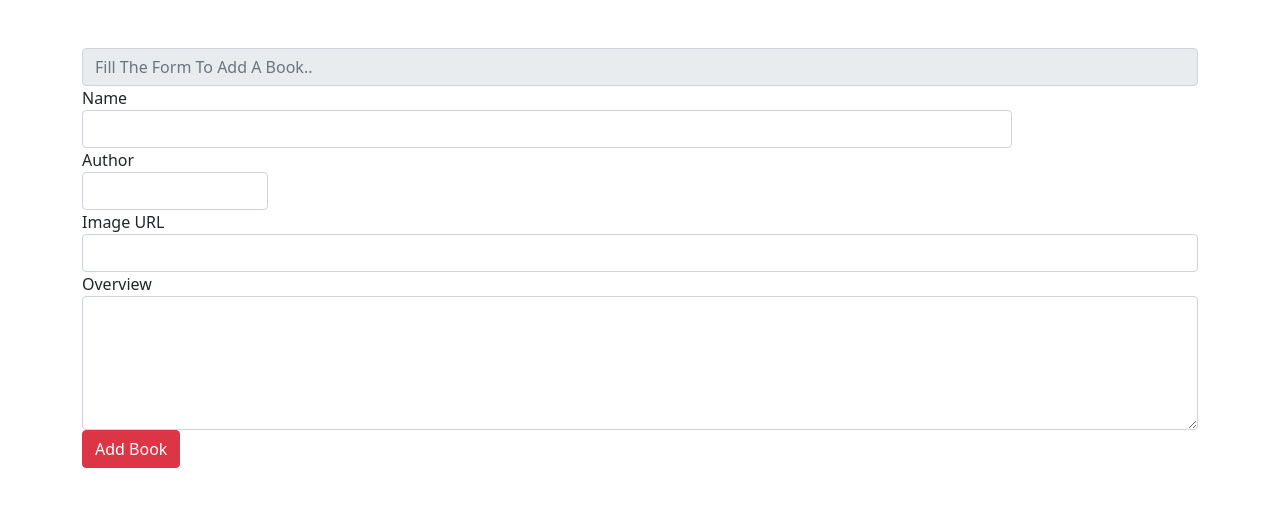
Repository: dilaraozdem1r/BooksApp
Page: /add
The author's editor kept a copy of each file at every save. The page is drawn from the files as they stood at one save, then again after the next save.
The browser window is 1280 px wide. The pictures show the whole page.
The page's requests for data from a server got no answer. The project was rebuilt for these pictures with package versions that can differ from the ones it lists, and the page was loaded fresh each time. No one was signed in, and anything a server would have sent is missing. Also part of the build but not shown: src/Components/BookList.js, src/Components/SearchBar.js.

Above is the page before, as saved 2021-08-24 19:10:30.

After the next save:
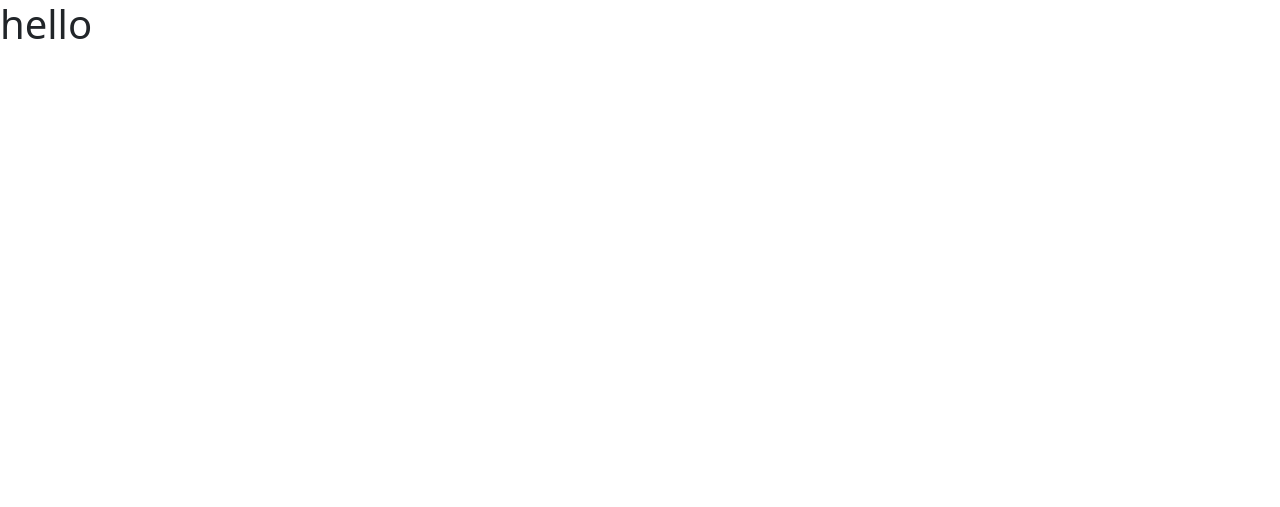
Saved 60 s later.
--- a/src/Components/AddBook.js
+++ b/src/Components/AddBook.js
@@ -2,52 +2,15 @@
 import  serialize from 'form-serialize';
 class AddBook extends React.Component{
 
-    handleFormSubmit=(e) =>{
+    /*handleFormSubmit=(e) =>{
         e.preventDefault();
         const newBook=serialize(e.target,{hash:true})
         this.props.onAddBook(newBook);
-    }
+    }*/
 
     render(){
         return(
-            <div className="container">
-            <form className="mt-5" onSubmit={this.handleFormSubmit}>
-            <input className="form-control" id="disabledInput" type="text" placeholder="Fill The Form To Add A Book.." disabled/>
-                <div className="form-row">
-                    <div className="form-group col-md-10">
-                        <label htmlFor="inputName">Name</label>
-                        <input  type="text"
-                                className="form-control"
-                                name="name"/>
-                    </div>
-                    <div className="form-group col-md-2">
-                        <label htmlFor="inputRating">Author</label>
-                        <input
-                                type="text"
-                                className="form-control"
-                                name="author"/>
-                    </div>
-                </div>
-                <div className="form-row">
-                    <div className="form-group col-md-12">
-                        <label htmlFor="inputImage">Image URL</label>
-                        <input
-                                type="text"
-                                className="form-control"
-                                name="imageURL"/>
-                    </div>
-                </div>
-                <div className="form-row">
-                    <div className="form-group col-md-12">
-                        <label htmlFor="overviewTextarea">Overview</label>
-                        <textarea
-                                className="form-control"
-                                name="overview" rows="5"></textarea>
-                    </div>
-                </div>
-                <input type="submit" className="btn btn-danger btn-block" value="Add Book" />
-            </form>
-        </div>
+           <h1>hello</h1>
         )
     }
 }

After the save that followed:
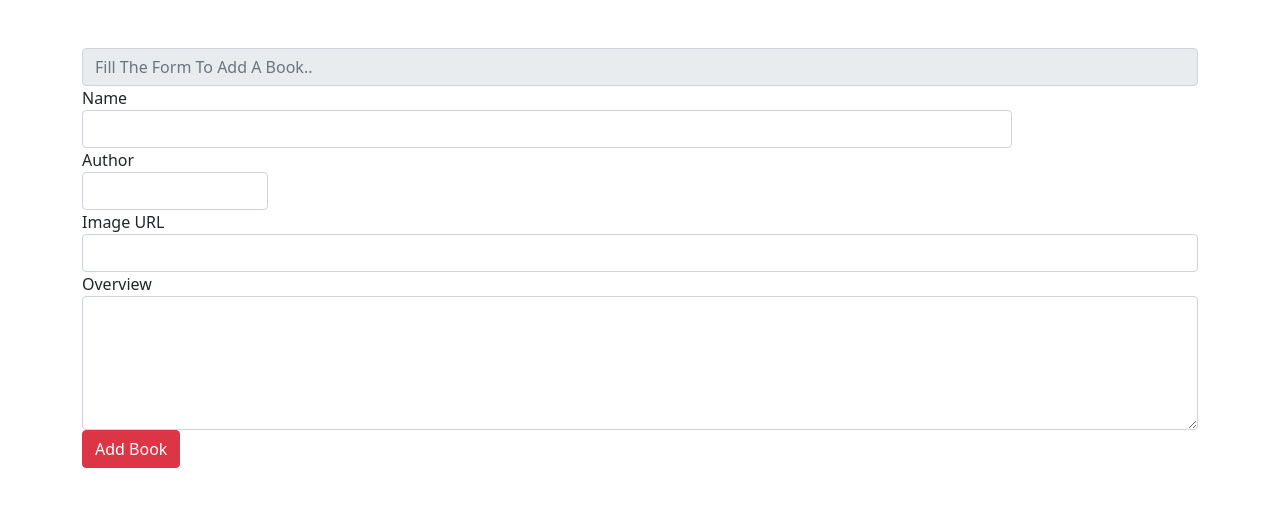
Saved 31 s later.
--- a/src/Components/AddBook.js
+++ b/src/Components/AddBook.js
@@ -10,7 +10,44 @@
 
     render(){
         return(
-           <h1>hello</h1>
+            <div className="container">
+            <form className="mt-5" onSubmit={this.handleFormSubmit}>
+            <input className="form-control" id="disabledInput" type="text" placeholder="Fill The Form To Add A Book.." disabled/>
+                <div className="form-row">
+                    <div className="form-group col-md-10">
+                        <label htmlFor="inputName">Name</label>
+                        <input  type="text"
+                                className="form-control"
+                                name="name"/>
+                    </div>
+                    <div className="form-group col-md-2">
+                        <label htmlFor="inputRating">Author</label>
+                        <input
+                                type="text"
+                                className="form-control"
+                                name="author"/>
+                    </div>
+                </div>
+                <div className="form-row">
+                    <div className="form-group col-md-12">
+                        <label htmlFor="inputImage">Image URL</label>
+                        <input
+                                type="text"
+                                className="form-control"
+                                name="imageURL"/>
+                    </div>
+                </div>
+                <div className="form-row">
+                    <div className="form-group col-md-12">
+                        <label htmlFor="overviewTextarea">Overview</label>
+                        <textarea
+                                className="form-control"
+                                name="overview" rows="5"></textarea>
+                    </div>
+                </div>
+                <input type="submit" className="btn btn-danger btn-block" value="Add Book" />
+            </form>
+        </div>
         )
     }
 }
